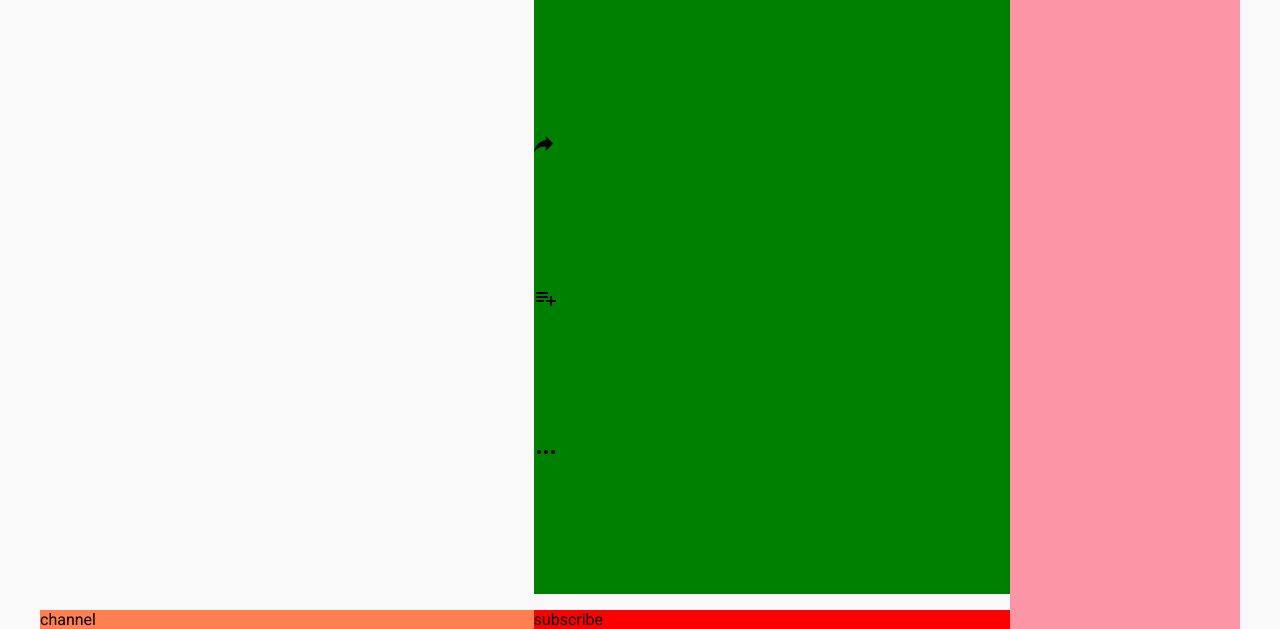
Repository: rafavirginio/clone-do-youtube
Page: index.html
An editor plug-in stored every save of this project. The page is shown before and after the next save, followed by the edit.
The browser window is 1280 px wide. The pictures show the part of the page from y = 821 to 1773 px (the page is 1450 px tall before and 1773 px after).

Above is the page before, as saved 2020-10-04 22:29:58.

### index.html
<!DOCTYPE html>
<html lang="pt">

<head>
    <meta charset="UTF-8">
    <meta name="viewport" content="width=device-width, initial-scale=1.0">
    <title>Youtube</title>
    <link rel="stylesheet" href="style.css">
    <link rel="shortcut icon" href="favicon.ico" type="image/x-icon">
    <link href="https://fonts.googleapis.com/css?family=Roboto:400,700&display=swap" rel="stylesheet">
</head>

<body>
    <header>
        <div class="logo">
            <img src="images/youtube.png">
        </div>

        <div class="search">
            <input type="search" placeholder="Pesquisar">
        </div>

        <div class="sign-in">

            <a href="a" class="button">Fazer login </a>
        </div>

    </header>
    <main>
        <section class="video-player">

            <iframe src="https://www.youtube.com/embed/vaApsIZjZYI" frameborder="0" allow="accelerometer; autoplay;
            clipboard-write; encrypted-media; gyroscope; picture-in-picture" allowfullscreen></iframe>
        </section>

        <section class="video-info">
            <h1>DAYS GONE MAIOR HORDA DO JOGO</h1>
            <p class="views">17 visualizações</p>

        </section>
        <section class="actions">
            <div class="action">
                <svg><g><path d="M1
            21h4V9H1v12zm22-11c0-1.1-.9-2-2-2h-6.31l.95-4.57.03-.32c0-.41-.17-.79-.44-1.06L14.17 1 7.59
            7.59C7.22 7.95 7 8.45 7 9v10c0 1.1.9 2 2
            2h9c.83 0 1.54-.5 1.84-1.22l3.02-7.05c.09-
            .23.14-.47.14-.73v-1.91l-.01-.01L23 10z"></path></g></svg>
            </div>

            <div class="action">
                <svg><g><path d="M15 3H6c-.83 0-1.54.5-1.84 1.22l-3.02 7.05c-.09.23-.14.47-.14.73v1.
                    91l.01.01L1 14c0 1.1.9 2 2 2h6.31l-.95 4.57-.03.32c0 .41.17.79.44 1.06L9.83 23l6.59-6.
                    59c.36-.36.58-.86.58-1.41V5c0-1.1-.9-2-2-2zm4 0v12h4V3h-4z"></path></g></svg>
            </div>
            <div class="action">
                <svg><g><path d="M11.7333 8.26667V4L19.2 11.4667L11.7333 18.9333V14.56C6.4 14.56 2.66667 16.2667
                     0 20C1.06667 14.6667 4.26667 9.33333 11.7333 8.26667Z"></path></g></svg>
            </div>

            <div class="action">
                <svg><g><path d="M14 10H2v2h12v-2zm0-4H2v2h12V6zm4 8v-4h-2v4h-4v2h4v4h2v-4h4v-2h-4zM2 16h8v-2H2v2z" ></path></g></svg>
            </div>

            <div class="action">
                <svg><g>
                    <circle cx="5" cy="12" r="2" class="style-scope yt-icon"></circle><circle cx="12" cy="12" r="2" class="style-scope yt-icon"></circle><circle cx="19" cy="12" r="2" class="style-scope yt-icon"></circle>
                  </g></svg>

            </div>
        </section>
        <section class="channel">channel</section>
        <section class="subscribe">subscribe</section>
        <section class="ad">ad</section>
        <section class="up-next">up-next</section>
    </main>


</body>

</html>

### style.css
/* Reset CSS */

* {
    margin: 0;
    padding: 0;
    box-sizing: border-box;
}

body {
    background-color: #f9f9f9;
    font-family: 'roboto', sans-serif;
}

header {
    background-color: white;
    padding: 1rem;
    border-bottom: 2px solid #f2f2f2;
    display: grid;
    grid-template-columns: auto auto auto;
    justify-content: space-between;
    align-items: center;
}

.logo img {
    width: 100px;
}

.search input[type="search"] {
    width: 400px;
    padding: 0.5rem;
    border-radius: 2px;
    border: 1px solid #ccc;
}

.button {
    padding: 0.25rem 1.5rem;
    border: 1px solid #2c5fd5;
    border-radius: 2px;
    color: #2c5fd5;
    font-weight: bold;
    text-decoration: none;
}

main {
    margin: auto;
    display: grid;
    grid-row-gap: 1rem;
    grid-template-areas: "video-player video-player" "video-info video-info" "actions actions" "channel subscribe" "up-next up-next";
}

.video-player {
    grid-area: video-player;
    position: relative;
    padding: 1rem 0 56.25% 1rem;
    height: 0;
    overflow: hidden;
    text-align: center;
}

.video-player iframe,
.video-player object,
.video-player embed {
    position: absolute;
    top: 0;
    left: 0;
    width: 100%;
    height: 100%;
}

.video-info {
    grid-area: video-info;
    padding: 0 0 1rem 1rem;
}

.video-info h1 {
    font-size: 18px;
    font-weight: normal;
    margin-bottom: 1rem;
}

.video-info .views {
    color: #606060;
}

.actions {
    background-color: green;
    grid-area: actions;
}

.channel {
    background-color: coral;
    grid-area: channel;
}

.subscribe {
    background-color: red;
    grid-area: subscribe;
}

.ad {
    background-color: orange;
    grid-area: ad;
}

.up-next {
    background-color: rgb(252, 150, 167);
    grid-area: up-next;
}

@media screen and(max-width: 700px) {
    .search,
    .ad {
        display: none;
    }
}

@media screen and (min-width: 700px) {
    header {
        grid-template-columns: auto auto auto;
    }
    main {
        max-width: 1200px;
        grid-template-areas: "video-player video-player ad" "video-player video-player up-next" "video-info   actions   up-next" "channel      subscribe    up-next";
    }
}

After the next save:
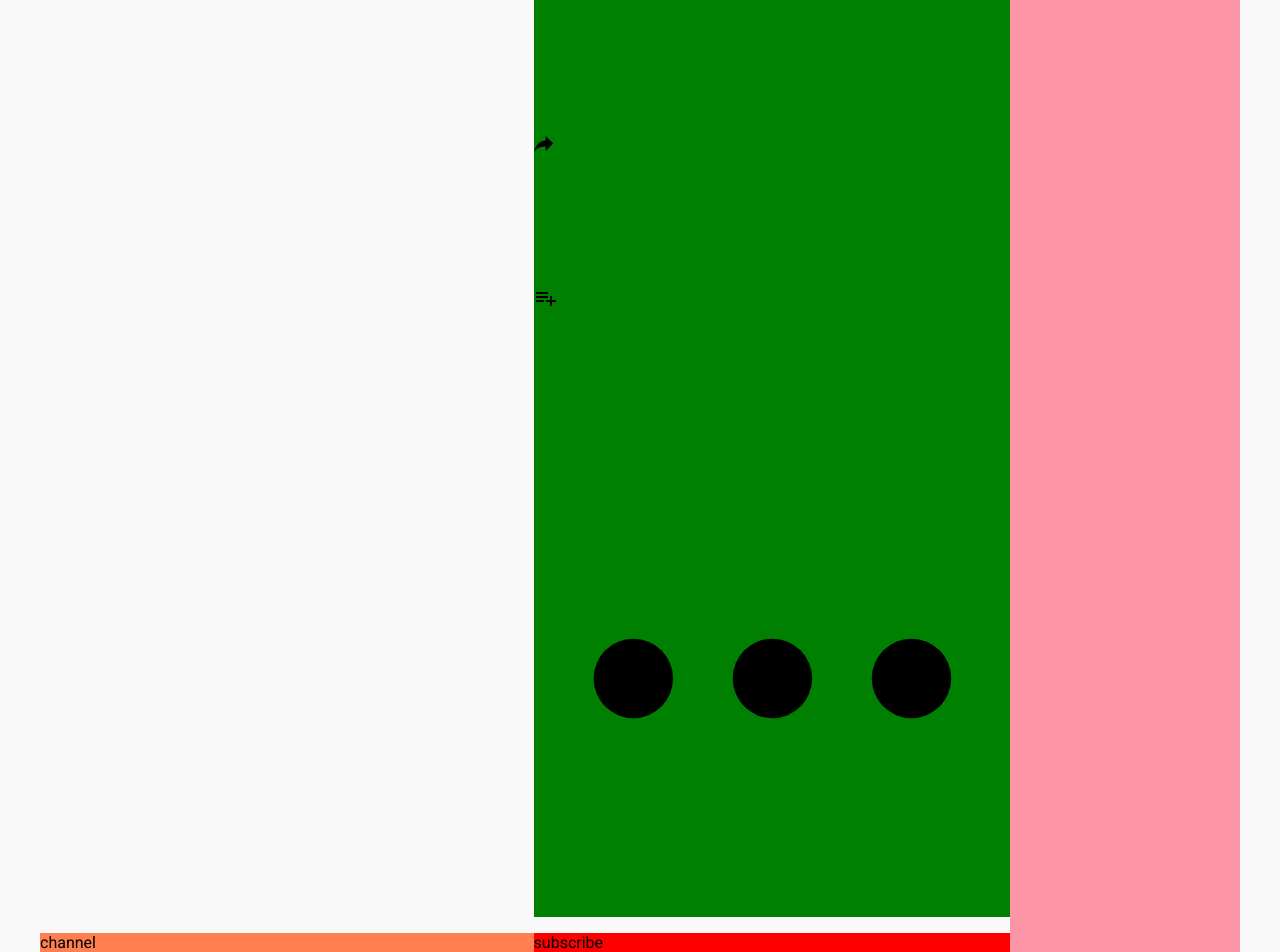
Saved 31 s later.
--- a/index.html
+++ b/index.html
@@ -62,7 +62,7 @@
             </div>
 
             <div class="action">
-                <svg><g>
+                <svg viewBox="0 0 24 24" preserveAspectRatio="xMidYMid meet" focusable="false" class="style-scope yt-icon" style="pointer-events: none; display: block; width: 100%; height: 100%;"><g class="style-scope yt-icon">
                     <circle cx="5" cy="12" r="2" class="style-scope yt-icon"></circle><circle cx="12" cy="12" r="2" class="style-scope yt-icon"></circle><circle cx="19" cy="12" r="2" class="style-scope yt-icon"></circle>
                   </g></svg>
 
